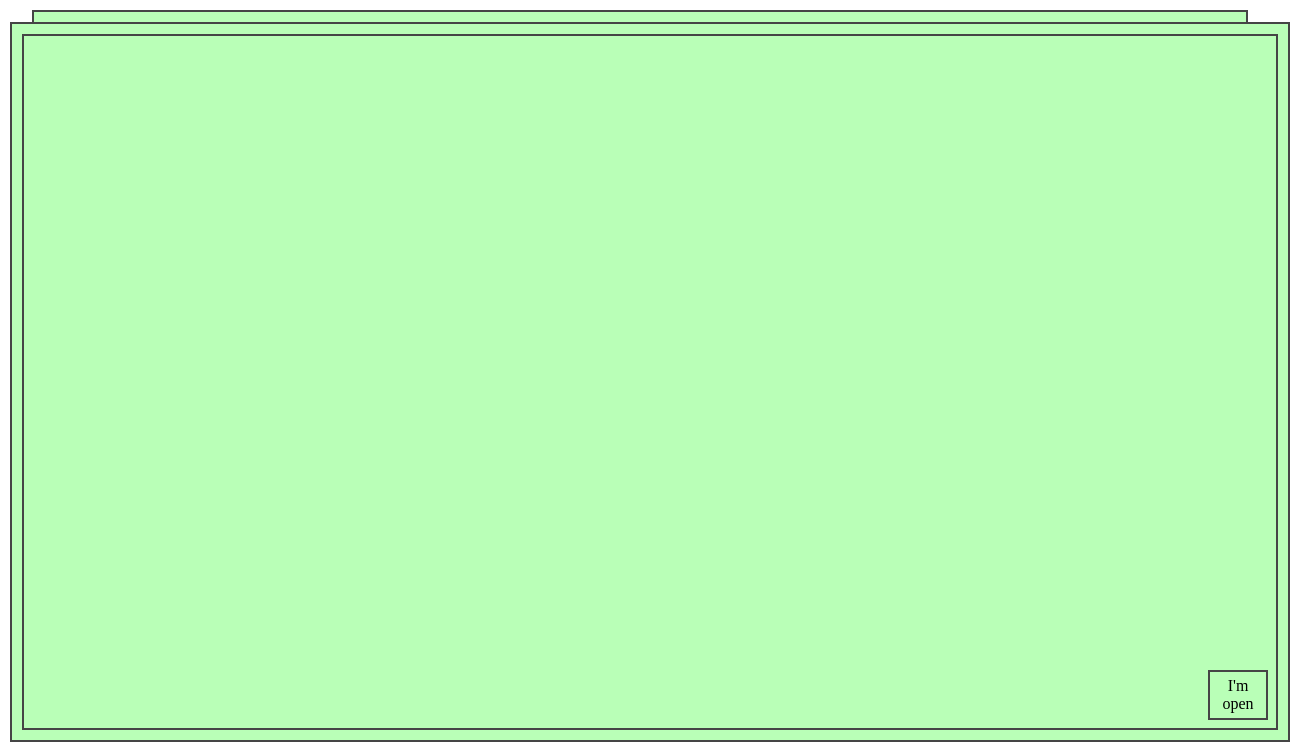
Repository: tannerbroberts/tannerbroberts.github.io
Page: /
The author's editor kept a copy of each file at every save. The page is drawn from the files as they stood at one save, then again after a run of saves.
The browser window is 1280 px wide. The page is 1290 px wide, then 1280 px, so the pictures cover 1290 px, including what lies to the right of the window. The pictures show the whole page.
The project was rebuilt for these pictures with package versions that can differ from the ones it lists, and the page was loaded fresh each time. Also part of the build but not shown: vite.config.ts.

Above is the page before, as saved 2022-10-04 10:13:51.

### src/index.js
import React from "react"
import ReactDOM from "react-dom/client"
import App from "./App"
import ATP_ContextProvider from "./providers/ATP_Context"

const root = ReactDOM.createRoot(document.getElementById("root"))
root.render(
	<React.StrictMode>
		<ATP_ContextProvider>
			<React.StrictMode>
				<App />
			</React.StrictMode>
		</ATP_ContextProvider>
	</React.StrictMode>
)

### src/App.js
import React from "react"
import { cssHelper } from "./api/cssHelper"
import Main from "./components/Main"
import Shelf from "./components/Shelf"

function App() {
	const AppCSS = {
		...cssHelper,
		height: "95vh",
		width: "95vw",
		marginTop: "10px",
		display: "flex",
	}

	return (
		<div style={AppCSS}>
			<Main />
			<Shelf />
		</div>
	)
}

export default App

### src/providers/ATP_Context.js
/* eslint-disable react/prop-types */
import React, { useContext, useReducer, createContext } from "react"
import ATP_Reducer, { initialState } from "./ATP_Reducer"

export const ATP_StateContext = createContext()
export const ATP_DispatchContext = createContext()

export default function ATP_ContextProvider({ children }) {
	const [state, dispatch] = useReducer(ATP_Reducer, initialState)

	return (
		<ATP_StateContext.Provider value={state}>
			<ATP_DispatchContext.Provider value={dispatch}>
				{children}
			</ATP_DispatchContext.Provider>
		</ATP_StateContext.Provider>
	)
}

export const useATP_StateContext = () => useContext(ATP_StateContext)
export const useATP_DispatchContext = () =>
	useContext(ATP_DispatchContext)

### src/api/cssHelper.js
export const cssHelper = {
	boxSizing: "border-box",

	height: "100%",
	width: "100%",
	// border: "2px solid black",
	margin: "auto",
	padding: "10px",
	gap: "10px",
	display: "grid",
	// gridTemplateRows / gridTemplateColumns
	gridTemplate: "1fr / 1fr",
	backgroundColor: "rgb(185, 255, 183)",
	border: "2px solid rgb(69, 69, 69)",
}

export const mainColor = {
	backgroundColor: "blue",
}

### src/components/Shelf/index.js
export { default } from "./Shelf"

### src/providers/ATP_Reducer.js
export const initialState = {
	mainStack: [
		/* main frames */
		{ frameType: "", value: "" },
	],
	shelf: {
		/* directly corresponds to the main frame */
	},
	shelfOpen: true,
	library: [
		/* All items live here. Eventually, they're going to be returned from the server */
	],
	filters: [
		/* object list of matchers
		{complexVariableMatcher: criteria list}
		{nameContains: STRING},
		{containsVariable: VARIABLE_ID},
		{color: COLOR},
		{pattern: PATTERN},
		{owner: USER_ID},
		{createdBy: DATE},
		{length: TIME_LENGTH},
		{pattern: PATTERN},
		*/
	],
}

function loadFrame(state, action) {
	const stack = state.mainFrame
	stack.push(action.value)
	return { ...state, mainFrame: stack }
}

function closeFrame(state) {
	const stack = state.mainFrame
	stack.pop()
	return { ...state, mainFrame: stack }
}

function toggleShelf(state) {
	return { ...state, shelfOpen: !state?.shelfOpen }
}

const dispatchDictionary = {
	LOAD_FRAME: loadFrame,
	CLOSE_FRAME: closeFrame,
	TOGGLE_SHELF: toggleShelf,
}

export default function ATP_Reducer(state, action) {
	console.log('calling a reducer function now')
	if (action.type && dispatchDictionary[action.type])
		return dispatchDictionary[action.type](state, action)
}

### src/components/Main/Main.js
import React from "react"
import { cssHelper } from "../../api/cssHelper"

const MainCSS = {
	...cssHelper,
	width: "100%",
}

export default function Main() {
	return <div style={MainCSS} />
}

### src/components/Shelf/Shelf.js
/* eslint-disable react/prop-types */
import React from "react"
import { cssHelper } from "../../api/cssHelper"
import ShelfToggle from "./ShelfToggle"
import { useATP_StateContext } from "../../providers/ATP_Context"

const shelfContentCSS = (openStatus) => {
	const obj = { ...cssHelper }
	openStatus ? '' : (obj.display = "none")

	return obj
}

const shelfCSS = (openStatus) => {
	const obj = { ...cssHelper, position: "absolute" }
	openStatus ? obj.left = "10px" : (obj.left = "-1000px")

	return obj
}

export default function Shelf() {
	const { shelfOpen } = useATP_StateContext()

	return (
		<div style={shelfCSS(shelfOpen)}>
			<div style={shelfContentCSS(shelfOpen)}></div> {/** content area */}
			<ShelfToggle />
		</div>
	)
}

### src/components/Shelf/ShelfToggle/index.js
export { default } from './ShelfToggle'

### src/components/Shelf/ShelfToggle/ShelfToggle.js
/* eslint-disable react/prop-types */
import React from "react"
import { useATP_StateContext } from "../../../providers/ATP_Context"
import { useATP_DispatchContext } from "../../../providers/ATP_Context"
import { cssHelper } from '../../../api/cssHelper'

export default function ShelfToggle() {
	const state = useATP_StateContext()
	const dispatch = useATP_DispatchContext()

	const shelfToggleCSS = {
		...cssHelper,
		position: "absolute",
		bottom: "20px",
		right: "20px",
		height: "50px",
		width: "60px",
		padding: "5px",
		textAlign: "center",
	}

	return (
		<div
			style={shelfToggleCSS}
			onClick={() => dispatch({ type: "TOGGLE_SHELF" })}
		>
			{state?.shelfOpen ? "I'm open" : "I'm closed"}
		</div>
	)
}

Loaded but not shown: public/index.html (common file); src/components/Main/index.js (common file)

After the next 2 saves:
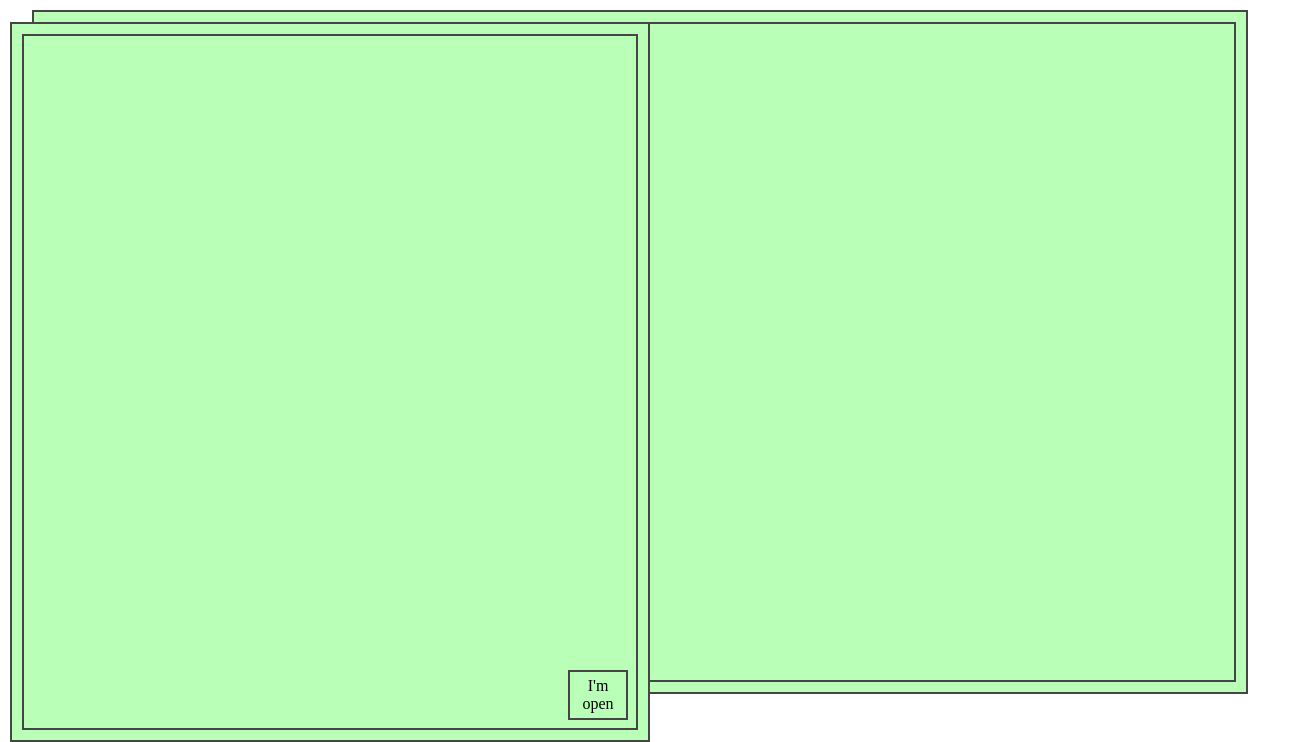
The 2 saves are shown as one change because they came seconds apart.
The last was saved 21 s later.
--- a/src/components/Shelf/Shelf.js
+++ b/src/components/Shelf/Shelf.js
@@ -12,7 +12,7 @@ const shelfContentCSS = (openStatus) => {
 }
 
 const shelfCSS = (openStatus) => {
-	const obj = { ...cssHelper, position: "absolute" }
+	const obj = { ...cssHelper, position: "absolute", width: "50%" }
 	openStatus ? obj.left = "10px" : (obj.left = "-1000px")
 
 	return obj
